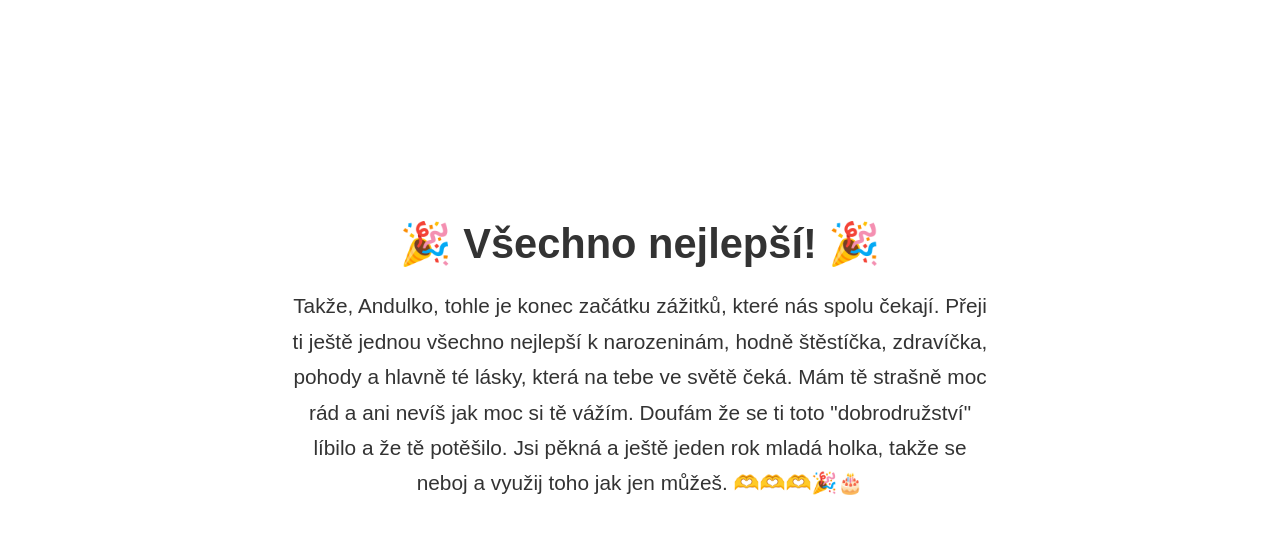
Repository: DanielMicka/darek
Page: html/pranicko.html
An editor plug-in stored every save of this project. The page is shown before and after a run of saves, followed by the edit.
The browser window is 1280 px wide. The pictures show the whole page.

Above is the page before, as saved 2026-06-13 21:19:40.

After the next 2 saves:
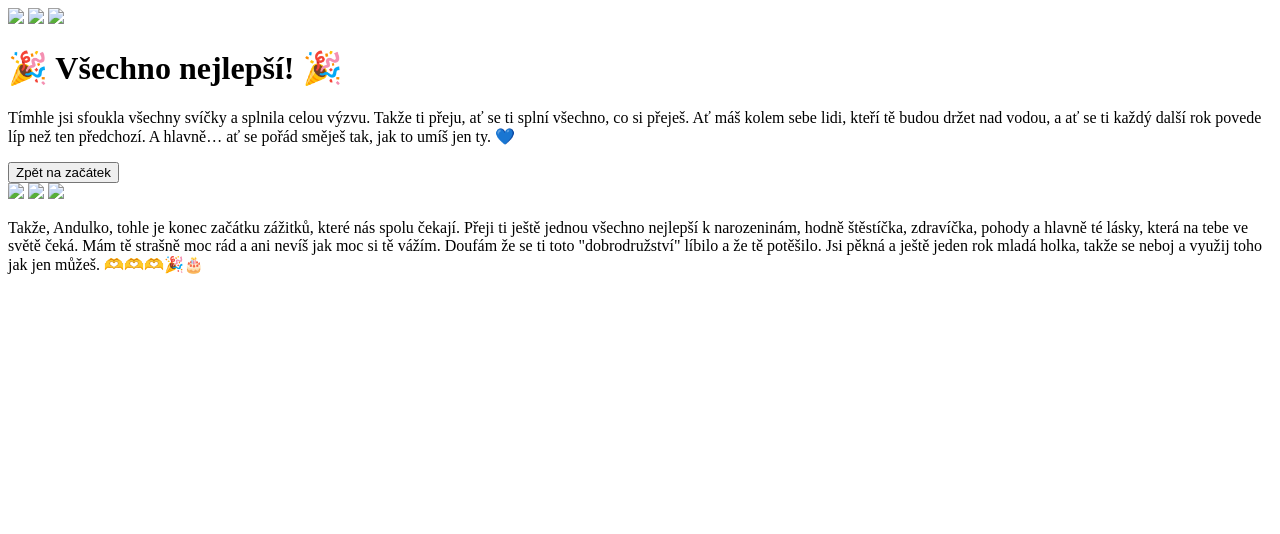
Not found: html/foto1.jpg
Not found: html/foto2.jpg
Not found: html/foto3.jpg
The 2 saves are shown as one change because they came seconds apart.
The last was saved 8 s later.
--- a/html/pranicko.html
+++ b/html/pranicko.html
@@ -1,29 +1,44 @@
-<!DOCTYPE html>
-<html lang="cs">
-<head>
-    <meta charset="UTF-8">
-    <title>Přáníčko 🎁</title>
-    <link rel="stylesheet" href="styles.css">
+<div class="wish-layout">
 
-    <style>
-        .wish-text {
-            font-size: 1.3rem;
-            line-height: 1.7;
-            margin-top: 20px;
-        }
+    <div class="wish-column left-col">
+        <img src="foto1.jpg" class="wish-photo">
+        <img src="foto2.jpg" class="wish-photo">
+        <img src="foto3.jpg" class="wish-photo">
+    </div>
 
-        .wish-img {
-            width: 260px;
-            margin-top: 25px;
-            border-radius: 12px;
-        }
-    </style>
-</head>
-<body>
+    <div class="wish-center">
+        <h1>🎉 Všechno nejlepší! 🎉</h1>
 
-<div class="container fade">
+        <p class="wish-text">
+            Tímhle jsi sfoukla všechny svíčky a splnila celou výzvu.
+            Takže ti přeju, ať se ti splní všechno, co si přeješ.
+            Ať máš kolem sebe lidi, kteří tě budou držet nad vodou,
+            a ať se ti každý další rok povede líp než ten předchozí.
+            A hlavně… ať se pořád směješ tak, jak to umíš jen ty. 💙
+        </p>
 
-    <h1>🎉 Všechno nejlepší! 🎉</h1>
+        <button class="btn" onclick="goHome()">Zpět na začátek</button>
+    </div>
+
+    <div class="wish-column right-col">
+        <img src="foto4.jpg" class="wish-photo">
+        <img src="foto5.jpg" class="wish-photo">
+        <img src="foto6.jpg" class="wish-photo">
+    </div>
+
+</div>
+
+
+
+
+
+
+
+
+
+
+
+
 
     <p class="wish-text">
         Takže, Andulko, tohle je konec začátku zážitků, které nás spolu čekají. Přeji ti ještě jednou všechno nejlepší k narozeninám, hodně štěstíčka, zdravíčka, pohody a hlavně té lásky, která na tebe ve světě čeká. Mám tě strašně moc rád a ani nevíš jak moc si tě vážím. Doufám že se ti toto "dobrodružství" líbilo a že tě potěšilo. Jsi pěkná a ještě jeden rok mladá holka, takže se neboj a využij toho jak jen můžeš.
